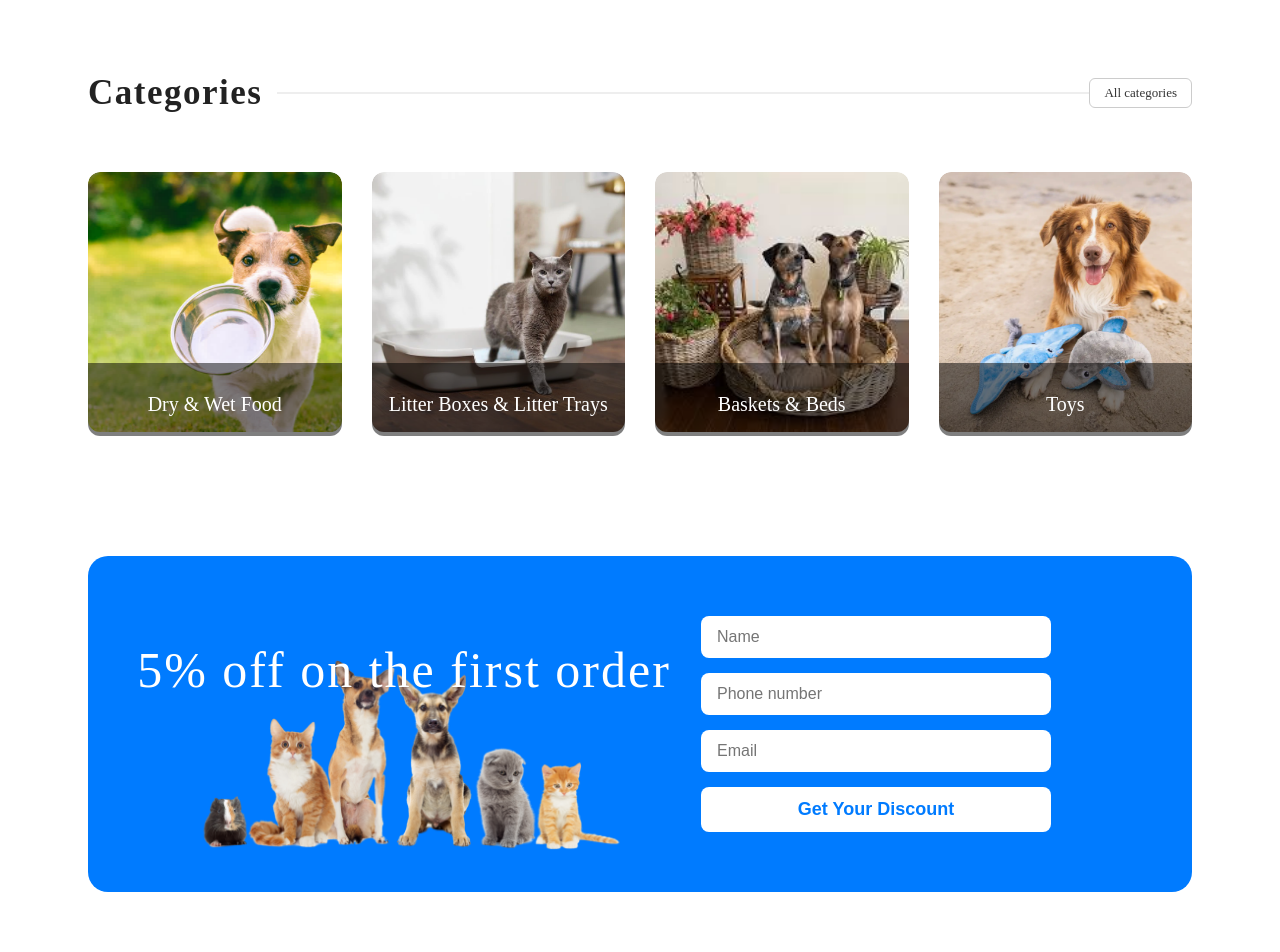
Repository: JuliiaJuliia/pet-shop-frontend
Page: / (app in pet-shop-frontend/)
The author's editor kept a copy of each file at every save. The page is drawn from the files as they stood at one save, then again after a run of saves.
The browser window is 1280 px wide. The pictures show the part of the page from y = 611 to 1563 px (the page is 1563 px tall).
The project was rebuilt for these pictures with package versions that can differ from the ones it lists, and the page was loaded fresh each time. Also part of the build but not shown: pet-shop-frontend/vite.config.js, pet-shop-frontend/src/pages/CheckoutPage.jsx, pet-shop-frontend/src/api/axios.js, pet-shop-frontend/src/components/ProductList.jsx.

Above is the page before, as saved 2025-11-06 14:47:55.

### pet-shop-frontend/index.html
<!doctype html>
<html lang="en">
  <head>
    <meta charset="UTF-8" />
    <link rel="icon" type="image/svg+xml" href="/vite.svg" />
    <meta name="viewport" content="width=device-width, initial-scale=1.0" />
    <title>pet-shop-frontend</title>
  </head>
  <body>
    <div id="root"></div>
    <script type="module" src="/src/main.jsx"></script>
  </body>
</html>

### pet-shop-frontend/src/main.jsx
import HomePage from "./pages/HomePage";
import CheckoutPage from "./pages/CheckoutPage";
import React from "react";
import ReactDOM from "react-dom/client";
import { BrowserRouter, Routes, Route } from "react-router-dom";
import Header from "./components/Header/Header.jsx";
import ProductList from "./components/ProductList";

function Categories() {
  return <h2 style={{ textAlign: "center" }}>Categories Page</h2>;
}

function Sales() {
  return <h2 style={{ textAlign: "center" }}>Sales Page</h2>;
}

function Cart() {
  return <h2 style={{ textAlign: "center" }}>Your Cart is empty</h2>;
}

ReactDOM.createRoot(document.getElementById("root")).render(
  <BrowserRouter>
    <Header />
    <Routes>
      <Route path="/" element={<HomePage />} />
      <Route path="/categories" element={<Categories />} />
      <Route path="/products" element={<ProductList />} />
      <Route path="/sales" element={<Sales />} />
      <Route path="/cart" element={<Cart />} />
    </Routes>
  </BrowserRouter>
);

### pet-shop-frontend/src/pages/HomePage.jsx
import React from "react";
import MainBanner from "../components/MainBanner";
import Categories from "../components/Categories";
import DiscountBanner from "../components/DiscountBanner"; // 👈 ось цей рядок

const HomePage = () => {
  return (
    <div>
      <MainBanner />
      <Categories />
      <DiscountBanner />   {/* 👈 він має бути тут */}
    </div>
  );
};

export default HomePage;

### pet-shop-frontend/src/components/Header/Header.jsx
import React from "react";
import { Link } from "react-router-dom";
import "./Header.css";

const Header = () => {
  return (
    <header className="header">
      <div className="header__logo">
        <Link to="/">PetShop 🐾</Link>
      </div>
      <nav className="header__nav">
        <Link to="/">Main Page</Link>
        <Link to="/categories">Categories</Link>
        <Link to="/products">All products</Link>
        <Link to="/sales">All sales</Link>
      </nav>
      <div className="header__cart">
        <Link to="/cart">
        <img src="/icon.svg" alt="Cart" className="header__cart-icon" />
        </Link>
</div>
    </header>
  );
};

export default Header;

### pet-shop-frontend/src/components/MainBanner.jsx
import React from "react";
import { Link } from "react-router-dom";
import "./MainBanner.css";

const MainBanner = () => {
  return (
    <section className="main-banner">
      <div className="main-banner__overlay">
        <div className="main-banner__content">
        <h1>Amazing Discounts <br /> on Pets Products!</h1>
        <Link to="/checkout" className="banner-btn">Check out</Link>
        </div>
      </div>
    </section>
  );
};

export default MainBanner;

### pet-shop-frontend/src/components/Categories.jsx
import React from "react";
import { Link } from "react-router-dom";
import "./Categories.css";

const categories = [
  { id: 1, name: "Dry & Wet Food", image: "/Dog.jpg" },
  { id: 2, name: "Litter Boxes & Litter Trays", image: "/Cat.jpg" },
  { id: 3, name: "Baskets & Beds", image: "/Dogs.jpg" },
  { id: 4, name: "Toys", image: "/Dog and Fish.jpg" },
];

const Categories = () => {
  return (
    <section className="categories">
      <div className="categories__header">
        <h2>Categories</h2>
        <div className="categories__line"></div>

        <Link to="/products" className="all-categories-btn">
          All categories
        </Link>
      </div>

      <div className="categories__grid">
        {categories.map((category) => (
          <div key={category.id} className="category-card">
            <img src={category.image} alt={category.name} />
            <div className="category-card__overlay">
              <p>{category.name}</p>
            </div>
          </div>
        ))}
      </div>
    </section>
  );
};

export default Categories;

### pet-shop-frontend/src/components/DiscountBanner.jsx
import React from "react";
import "./DiscountBanner.css";

const DiscountBanner = () => {
  return (
    <section className="discount-banner">
      <div className="discount-banner__content">
        <div className="discount-banner__left">
          <h2>5% off on the first order</h2>
          <img src="/Pets.jpg" alt="pets" className="discount-banner__image" />
        </div>

        <div className="discount-banner__form">
          <form>
            <input type="text" placeholder="Name" required />
            <input type="phone" placeholder="Phone number" required />
            <input type="email" placeholder="Email" required />
            <button type="submit">Get Your Discount</button>
          </form>
        </div>
      </div>
    </section>
  );
};

export default DiscountBanner;

### pet-shop-frontend/src/components/Header/Header.css
.header {
    display: flex;
    align-items: center;
    justify-content: space-between;
    padding: 20px 60px;
    background-color: #fff;
    box-shadow: 0 2px 5px rgba(0, 0, 0, 0.05);
    position: sticky;
    top: 0;
    z-index: 10;
  }

  .header__logo a {
    font-size: 40px;
    font-weight: 400;
    color: #3d3c3c;
    text-decoration: none;
    display: flex;
    align-items: center;
    gap: 10px;
  }

  .header__nav {
    display: flex;
    gap: 30px;
  }

  .header__nav a {
    font-size: 20px;
    text-decoration: none;
    color: #38383a;
    font-weight: 550;
    transition: 0.3s;
    cursor: url("data:[embedded picture, 129 characters]"), auto;
  }

  .header__nav a:hover {
    color: #24973bf3;
  }

  .cart-icon {
    font-size: 20px;
    text-decoration: none;
  }

  .header__cart-icon {
    width: 30px;
    height: 30px;
    object-fit: contain;
    transition: transform 0.3s ease;
    cursor: url("data:[embedded picture, 129 characters]"), auto;
  }

  .header__cart-icon:hover {
    transform: rotate(10deg) scale(1.15);
  }

### pet-shop-frontend/src/components/MainBanner.css
.main-banner {
  position: relative;
  width: 100%;
  height: 500px;
  background: url("/banner-dog.jpg") center/cover no-repeat;
  display: flex;
  align-items: center;
  justify-content: center;
  border-radius: 10px;
  overflow: hidden;
  margin-bottom: 60px;
}

/* Полупрозрачный шар поверх картинки */
.main-banner__overlay {
  background: rgba(0, 0, 0, 0.35);
  width: 100%;
  height: 100%;
  display: flex;
  align-items: center;
  justify-content: center;
}

/* Текст и кнопка */
.main-banner__content {
  text-align: left;
  color: #fff;
  max-width: 800px;
  padding: 0 40px;
  line-height: 1.1;
  white-space: normal;
  word-break: break-word;
}

.main-banner__content h1 {
  font-size: 54px;
  font-weight: 700;
  line-height: 1.2;
  margin-bottom: 40px;
}


.main-banner__button {
  background-color: #53b955df;
  color: rgb(255, 255, 255);
  border: none;
  border-radius: 6px;
  font-size: 18px;
  padding: 14px 30px;
  cursor: pointer;
  transition: all 0.3s ease;
  cursor: url("data:[embedded picture, 129 characters]"), auto;
}

.main-banner__button:hover {
  background-color: #24973b91;
  ;
  transform: scale(1.05);
}

.banner-btn {
  display: inline-block;
  background-color: #53b955df;
  color: white;
  border: none;
  border-radius: 6px;
  font-size: 18px;
  padding: 14px 30px;
  text-decoration: none;
  text-align: center;
  cursor: pointer;
  transition: all 0.3s ease;
}

.banner-btn:hover {
  background-color: #24973b91;
  transform: scale(1.05);
}

### pet-shop-frontend/src/components/Categories.css
.categories {
    padding: 0px 80px 60px;
    background-color: #fff;
  }

  .categories__title {
    font-size: 36px;
    font-weight: 600;
    margin-bottom: 30px;
    color: #222;
  }

  .categories__grid {
    display: grid;
    grid-template-columns: repeat(auto-fit, minmax(220px, 1fr));
    gap: 30px;
    justify-items: center;
  }

  .category-card {
    position: relative;
    width: 100%;
    max-width: 260px;
    border-radius: 12px;
    overflow: hidden;
    cursor: url("data:[embedded picture, 129 characters]"), auto;
    transition: transform 0.3s ease;
  }

  .category-card img {
    width: 100%;
    height: 260px;
    object-fit: cover;
    border-radius: 12px;
  }

  .category-card__overlay {
    position: absolute;
    display: flex;
    justify-content: center;
    align-items: center;
    text-align: center;
    bottom: 0;
    left: 0;
    right: 0;
    background: rgba(0, 0, 0, 0.5);
    color: #fff;
    font-size: 20px;
    font-weight: 500;
    padding-top: 10px;
    transition: background 0.3s ease;
  }

  .category-card:hover {
    transform: scale(1.05);
  }

  .category-card:hover .category-card__overlay {
    background: rgba(0, 0, 0, 0.7);
  }

  .categories__header {
    display: flex;
    align-items: center;
    justify-content: space-between;
    position: relative;
    margin-bottom: 30px;
  }

  .categories__header h2 {
    font-size: 35px;
    font-weight: 700;
    color: #222;
    letter-spacing: 1.5px;
    background-color: #fff;
    padding-right: 15px;
    z-index: 1;
  }

  .categories__line {
    position: absolute;
    left: 0;
    right: 0;
    height: 1px;
    background-color: #ddd;
    top: 50%;
    transform: translateY(-50%);
    z-index: 0;
  }

  .all-categories-btn {
    display: inline-flex;
    align-items: center;
    justify-content: center;
    background-color: #fff;
    border: 1px solid #ccc;
    border-radius: 6px;
    padding: 6px 14px;
    font-size: 13px;
    font-weight: 500;
    color: #333;
    text-decoration: none;
    outline: none;
    cursor: pointer;
    z-index: 1;
    transition: all 0.3s ease;
  }

  .all-categories-btn:hover {
    background-color: #53b955cd;
    color: #fff;
    border-color: #24973b91;
    transform: scale(1.05);
    cursor: url("/paw-cursor.png"), auto;
    cursor: url("data:[embedded picture, 129 characters]"), auto;
  }

### pet-shop-frontend/src/components/DiscountBanner.css
.discount-banner {
    background-color: #007bff;
    color: #fff;
    border-radius: 20px;
    margin: 60px 80px;
    padding: 60px 80px;
    position: relative;
    overflow: hidden;
    display: flex;
    justify-content: center;
    align-items: center;
  }

  /* 🔹 Контейнер із текстом + формою */
  .discount-banner__content {
    display: flex;
    justify-content: space-between;
    align-items: center;
    width: 100%;
  }

  /* 🔹 Ліва частина (заголовок + фото) */
  .discount-banner__left {
    flex: 1;
    position: relative;
    display: flex;
    flex-direction: column;
    align-items: center;
    justify-content: center;
  }

  /* 🔹 Заголовок тепер зверху по центру */
  .discount-banner__left h2 {
    font-size: 50px;
    font-weight: 500;
    letter-spacing: 2px;
    text-align: center;
    margin-bottom: 150px;
    position:fixed
  }

  /* 🔹 Фото тварин — знизу */
  .discount-banner__image {
    width: 100%;
    max-width: 500px;
    object-fit: contain;
    position: absolute;
    left: 50%;
    transform: translateX(-50%);
  }

  /* 🔹 Форма — справа, посередині вертикально */
  .discount-banner__form {
    flex: 1;
    display: flex;
    justify-content: center;
    align-items: center; /* центр вертикалі */
    z-index: 3;
  }

  .discount-banner__form form {
    background: transparent;
    display: flex;
    flex-direction: column;
    gap: 15px;
    width: 100%;
    max-width: 350px;
  }

  .discount-banner__form input {
    padding: 12px 16px;
    border-radius: 8px;
    border: none;
    font-size: 16px;
    outline: none;
  }

  .discount-banner__form button {
    background-color: #fff;
    color: #007bff;
    border: none;
    border-radius: 8px;
    padding: 12px 20px;
    font-size: 18px;
    font-weight: 600;
    cursor: pointer;
    transition: 0.3s;
  }

  .discount-banner__form button:hover {
    background-color: #f0f0f0;
    transform: scale(1.05);
    cursor: url("data:[embedded picture, 129 characters]"), auto;
  }

After the next 2 saves:
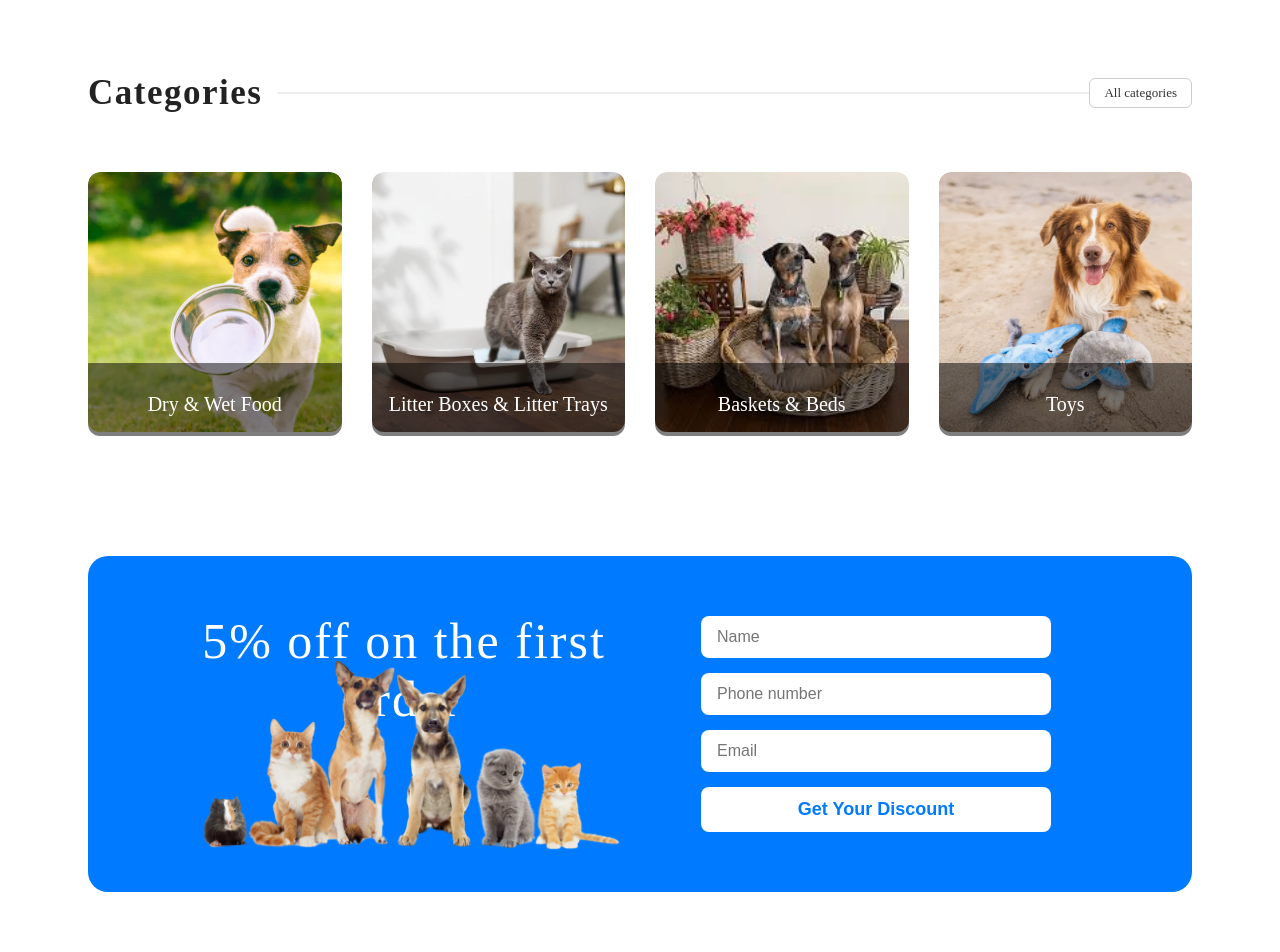
The 2 saves are shown as one change because they came seconds apart.
The last was saved 6 s later.
--- a/pet-shop-frontend/src/components/DiscountBanner.css
+++ b/pet-shop-frontend/src/components/DiscountBanner.css
@@ -36,7 +36,7 @@
     letter-spacing: 2px;
     text-align: center;
     margin-bottom: 150px;
-    position:fixed
+    position:absolute
   }
 
   /* 🔹 Фото тварин — знизу */
